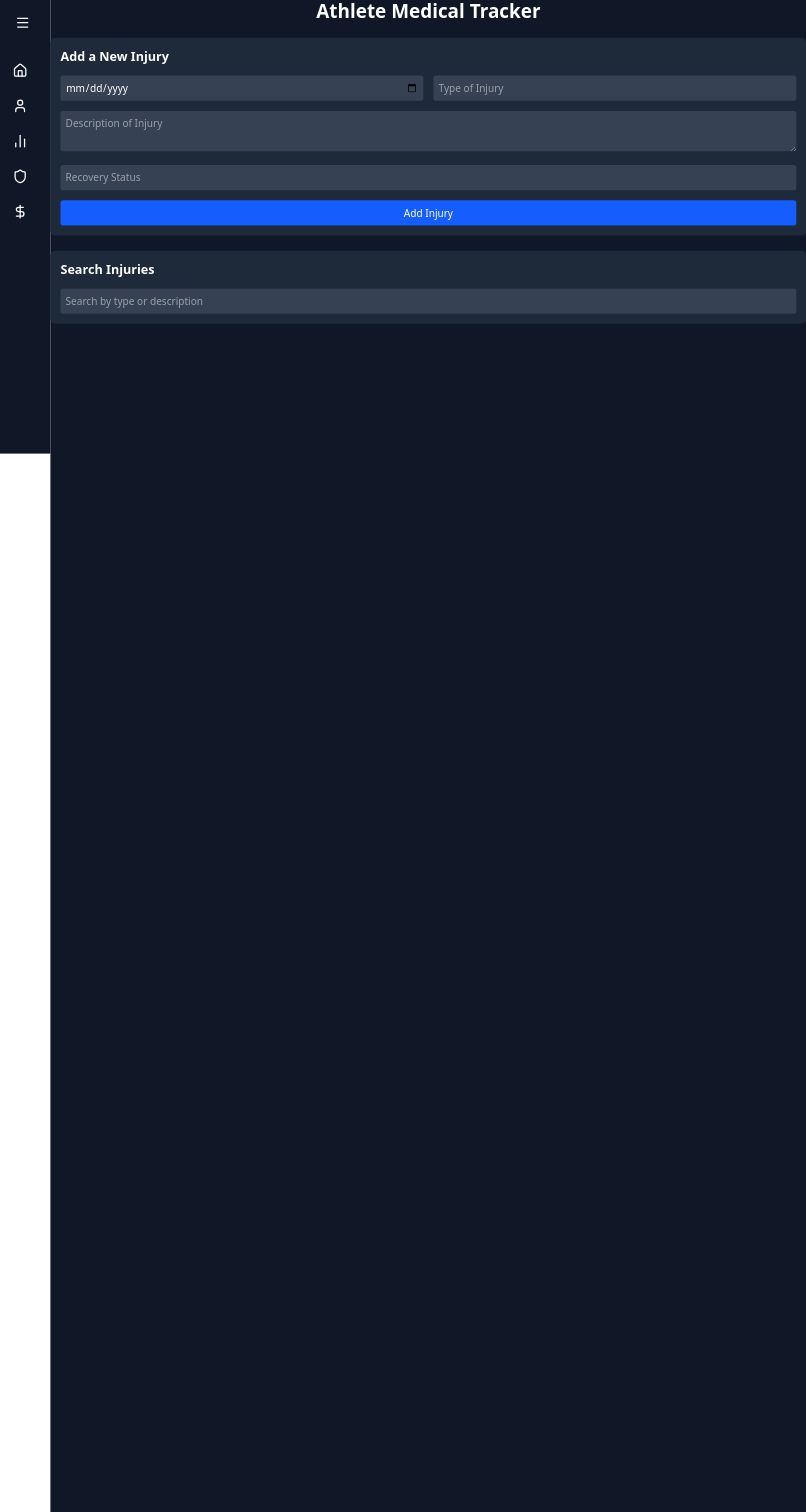
Repository: Shovon0004/Athlete
Page: /medical (app in Athlete/)
The author's editor kept a copy of each file at every save. The page is drawn from the files as they stood at one save, then again after a run of saves.
The browser window is 1280 px wide. The pictures show the whole page, at 63% of full size.
The project was rebuilt for these pictures with package versions that can differ from the ones it lists, and the page was loaded fresh each time. Also part of the build but not shown: Athlete/vite.config.js, Athlete/src/components/FinanceActions.jsx, Athlete/src/components/EditableFinanceDashboard.jsx, Athlete/src/components/News.jsx, Athlete/src/components/SportsPage.jsx, Athlete/src/components/HeroPage.jsx.

Above is the page before, as saved 2025-01-28 22:14:13.

### Athlete/index.html
<!doctype html>
<html lang="en">
  <head>
    <meta charset="UTF-8" />
    <link rel="icon" type="image/svg+xml" href="/12.png" />
    <meta name="viewport" content="width=device-width, initial-scale=1.0" />
    <title>Khiladi.co</title>
  </head>
  <body>
    <div id="root"></div>
    <script type="module" src="/src/main.jsx"></script>
  </body>
</html>

### Athlete/src/App.jsx
import React from 'react';
import { BrowserRouter as Router, Route, Routes } from 'react-router-dom';
import SideNavbar from './components/SideNavbar';
import EditableFinanceDashboard from './components/EditableFinanceDashboard';
import HeroPage from './components/HeroPage';
import Medical from './components/Medical';

const App = () => {
  return (
    <Router>
      <div className="flex">
        <SideNavbar />

        <div className="ml-20 flex-grow ">
          <Routes>
            <Route path="/" element={<HeroPage />} />
            <Route path="/financial" element={<EditableFinanceDashboard />} />
            <Route path="/medical" element={<Medical />} />

            {/* Add other routes as needed */}
          </Routes>
        </div>
      </div>
    </Router>
  );
};

export default App;

### Athlete/src/components/SideNavbar.jsx
import React, { useState } from 'react';
import {
  Home,
  User,
  BarChart2,
  Shield,
  DollarSign,
  Menu
} from 'lucide-react';

const SideNavbar = () => {
  const [isExpanded, setIsExpanded] = useState(false);

  const navItems = [
    { icon: Home, label: 'Dashboard', href: '/' },
    { icon: User, label: 'Athletes', href: '/athletes' },
    { icon: BarChart2, label: 'Performance', href: '/performance' },
    { icon: Shield, label: 'Injuries', href: '/Medical' },
    { icon: DollarSign, label: 'Financial', href: '/financial' }
  ];

  return (
    <div
      className={`h-screen bg-gray-900 text-white transition-all duration-300
        ${isExpanded ? 'w-64' : 'w-20'} fixed left-0 top-0 z-50`}
    >
      <div className="flex flex-col h-full">
        {/* Logo & Toggle */}
        <div className="flex items-center justify-between p-4  border-orange-700">
          {isExpanded && (
            <div className="text-xl font-bold">Khiladi</div>
          )}
          <button
            onClick={() => setIsExpanded(!isExpanded)}
            className="hover:bg-orange-700 p-2 rounded"
          >
            <Menu />
          </button>
        </div>

        {/* Navigation Items */}
        <nav className="flex-grow mt-4">
          <ul className="space-y-2">
            {navItems.map((item, index) => (
              <li key={index}>
                <a
                  href={item.href}
                  className={`flex items-center p-3 hover:bg-orange-700
                    ${isExpanded ? 'justify-start px-6' : 'justify-center'}`}
                >
                  <item.icon className="mr-4" />
                  {isExpanded && <span>{item.label}</span>}
                </a>
              </li>
            ))}
          </ul>
        </nav>
      </div>
    </div>
  );
};

export default SideNavbar;

### Athlete/src/components/Medical.jsx
import React, { useState } from "react";
import { motion } from "framer-motion";

const Medical = () => {
  const [injuries, setInjuries] = useState([]);
  const [newInjury, setNewInjury] = useState({
    date: "",
    type: "",
    description: "",
    recoveryStatus: "",
  });
  const [searchTerm, setSearchTerm] = useState("");
  const [filteredInjuries, setFilteredInjuries] = useState([]);

  const handleInputChange = (e) => {
    const { name, value } = e.target;
    setNewInjury({ ...newInjury, [name]: value });
  };

  const addInjury = () => {
    if (newInjury.date && newInjury.type) {
      const updatedInjuries = [...injuries, { ...newInjury, id: Date.now() }];
      setInjuries(updatedInjuries);
      setFilteredInjuries(updatedInjuries);
      setNewInjury({ date: "", type: "", description: "", recoveryStatus: "" });
    }
  };

  const handleSearch = (e) => {
    const term = e.target.value;
    setSearchTerm(term);
    if (term) {
      setFilteredInjuries(
        injuries.filter(
          (injury) =>
            injury.type.toLowerCase().includes(term.toLowerCase()) ||
            injury.description.toLowerCase().includes(term.toLowerCase())
        )
      );
    } else {
      setFilteredInjuries(injuries);
    }
  };

  const deleteInjury = (id) => {
    const updatedInjuries = injuries.filter((injury) => injury.id !== id);
    setInjuries(updatedInjuries);
    setFilteredInjuries(updatedInjuries);
  };

  return (
    <div className=" max-w-full h-600  bg-gray-900 text-white">
      <motion.h1
        className="text-3xl font-bold mb-6 text-center"
        initial={{ opacity: 0, y: -50 }}
        animate={{ opacity: 1, y: 0 }}
      >
        Athlete Medical Tracker
      </motion.h1>

      <div className="mb-6 p-4 rounded-lg bg-gray-800">
        <h2 className="text-xl font-semibold mb-4">Add a New Injury</h2>
        <div className="grid grid-cols-1 gap-4 sm:grid-cols-2">
          <input
            type="date"
            name="date"
            value={newInjury.date}
            onChange={handleInputChange}
            className="p-2 rounded bg-gray-700 text-white"
            placeholder="Date of Injury"
          />
          <input
            type="text"
            name="type"
            value={newInjury.type}
            onChange={handleInputChange}
            className="p-2 rounded bg-gray-700 text-white"
            placeholder="Type of Injury"
          />
        </div>
        <textarea
          name="description"
          value={newInjury.description}
          onChange={handleInputChange}
          className="mt-4 p-2 w-full rounded bg-gray-700 text-white"
          placeholder="Description of Injury"
        ></textarea>
        <input
          type="text"
          name="recoveryStatus"
          value={newInjury.recoveryStatus}
          onChange={handleInputChange}
          className="mt-4 p-2 w-full rounded bg-gray-700 text-white"
          placeholder="Recovery Status"
        />
        <button
          onClick={addInjury}
          className="mt-4 w-full p-2 bg-blue-600 hover:bg-blue-700 rounded text-white"
        >
          Add Injury
        </button>
      </div>

      <div className="mb-6 p-4 rounded-lg bg-gray-800">
        <h2 className="text-xl font-semibold mb-4">Search Injuries</h2>
        <input
          type="text"
          value={searchTerm}
          onChange={handleSearch}
          className="p-2 w-full rounded bg-gray-700 text-white"
          placeholder="Search by type or description"
        />
      </div>

      <div className="space-y-4">
        {filteredInjuries.map((injury) => (
          <div key={injury.id} className="p-4 rounded-lg bg-gray-800">
            <h3 className="text-lg font-bold">{injury.type}</h3>
            <p className="text-sm text-gray-400">Date: {injury.date}</p>
            <p className="mt-2">{injury.description}</p>
            <p className="mt-2 text-sm font-medium text-green-400">
              Recovery Status: {injury.recoveryStatus || "Not updated"}
            </p>
            <button
              onClick={() => deleteInjury(injury.id)}
              className="mt-4 p-2 bg-red-600 hover:bg-red-700 rounded text-white"
            >
              Delete
            </button>
          </div>
        ))}
      </div>
    </div>
  );
};

export default Medical;

Loaded but not shown: Athlete/src/main.jsx (common file); Athlete/src/index.css (common file)

After the next 2 saves:
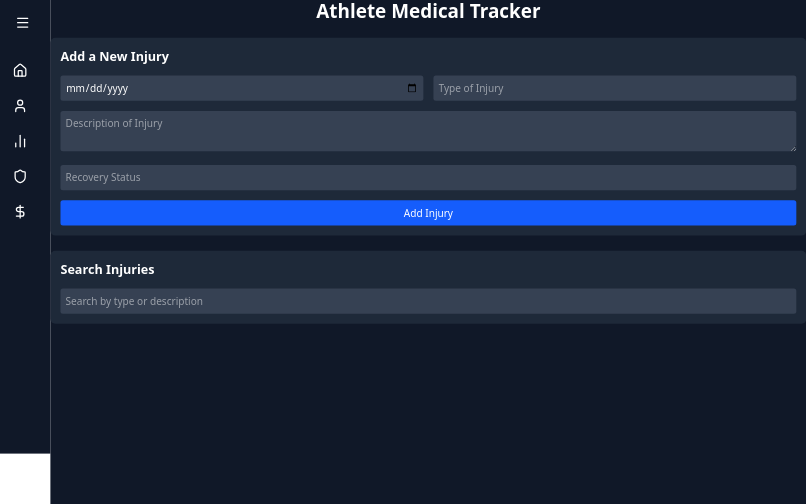
The 2 saves are shown as one change because they came seconds apart.
The last was saved 12 s later.
--- a/Athlete/src/components/Medical.jsx
+++ b/Athlete/src/components/Medical.jsx
@@ -49,7 +49,7 @@
   };
 
   return (
-    <div className=" max-w-full h-600  bg-gray-900 text-white">
+    <div className=" max-w-full h-200  bg-gray-900 text-white">
       <motion.h1
         className="text-3xl font-bold mb-6 text-center"
         initial={{ opacity: 0, y: -50 }}
